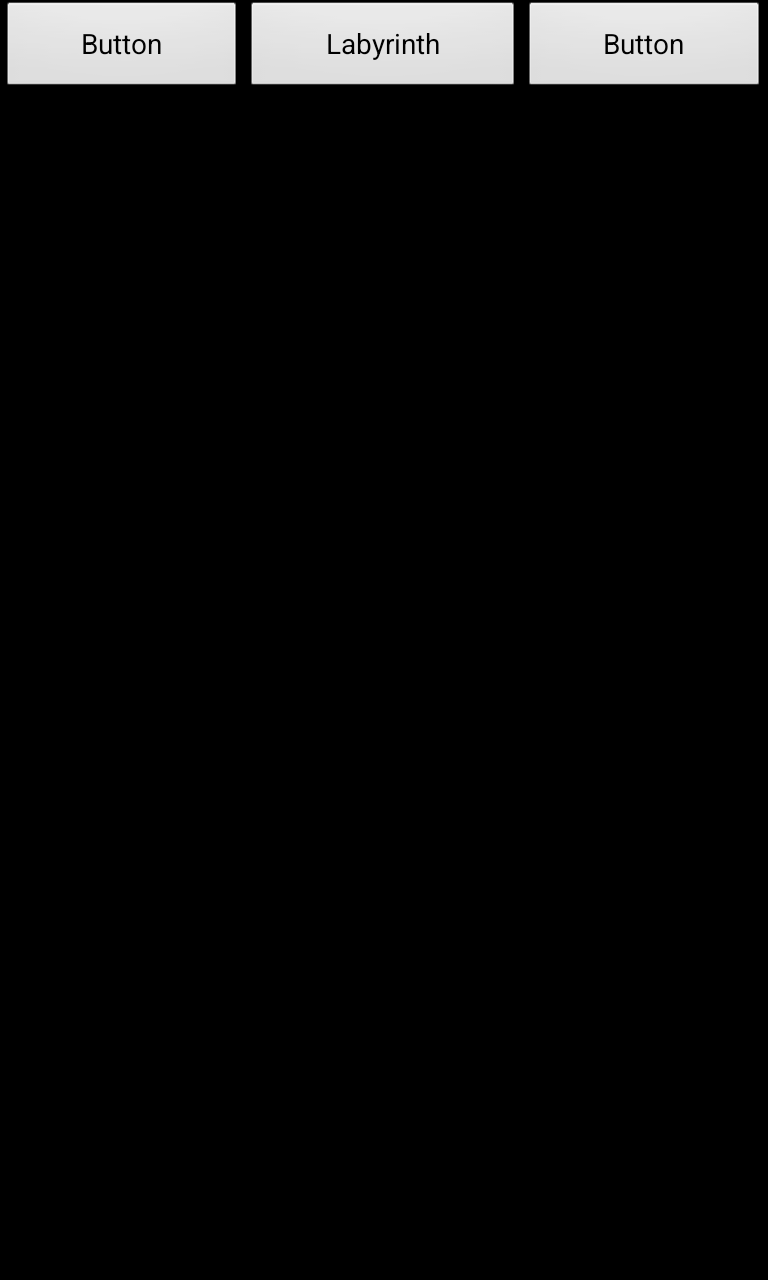
Repository: Malow/PhoneGame
Layout: Android/WiiPhone/res/layout/activity_main.xml
These files come from the project's save history. The layout is drawn as it stood at one moment and after the next save; the edit follows.
It is drawn on a 768 x 1280 px phone screen (xhdpi) without system bars, with theme android:Theme.NoTitleBar.Fullscreen; the app's code is not run.

Above is the layout before, as saved 2013-04-18 13:51:25.

After the next save:
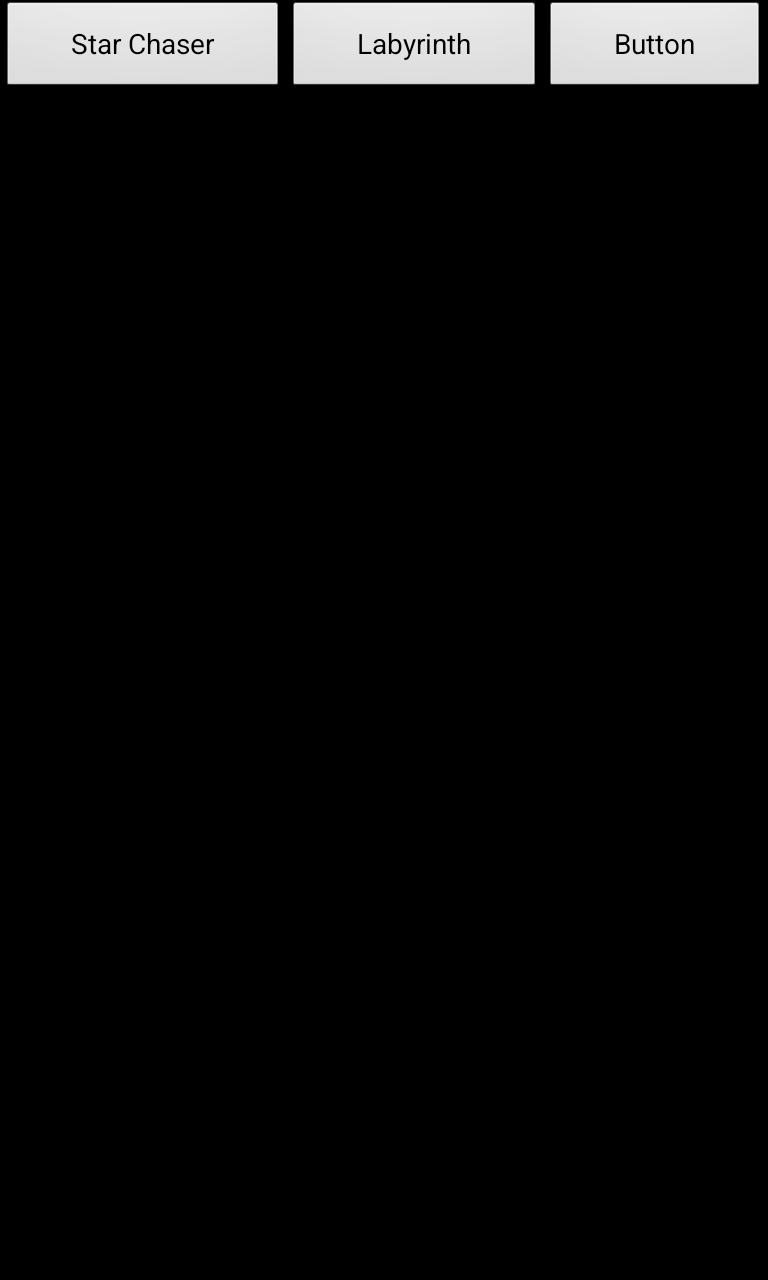
Saved 6 s later.
--- a/Android/WiiPhone/res/layout/activity_main.xml
+++ b/Android/WiiPhone/res/layout/activity_main.xml
@@ -10,7 +10,7 @@
         style="android:attr/buttonBarButtonStyle"
         android:layout_width="wrap_content"
         android:layout_height="wrap_content"
-        android:text="Button"
+        android:text="@+string/choose_game_button_1"
         android:layout_weight="0.10" />
 
     <Button
